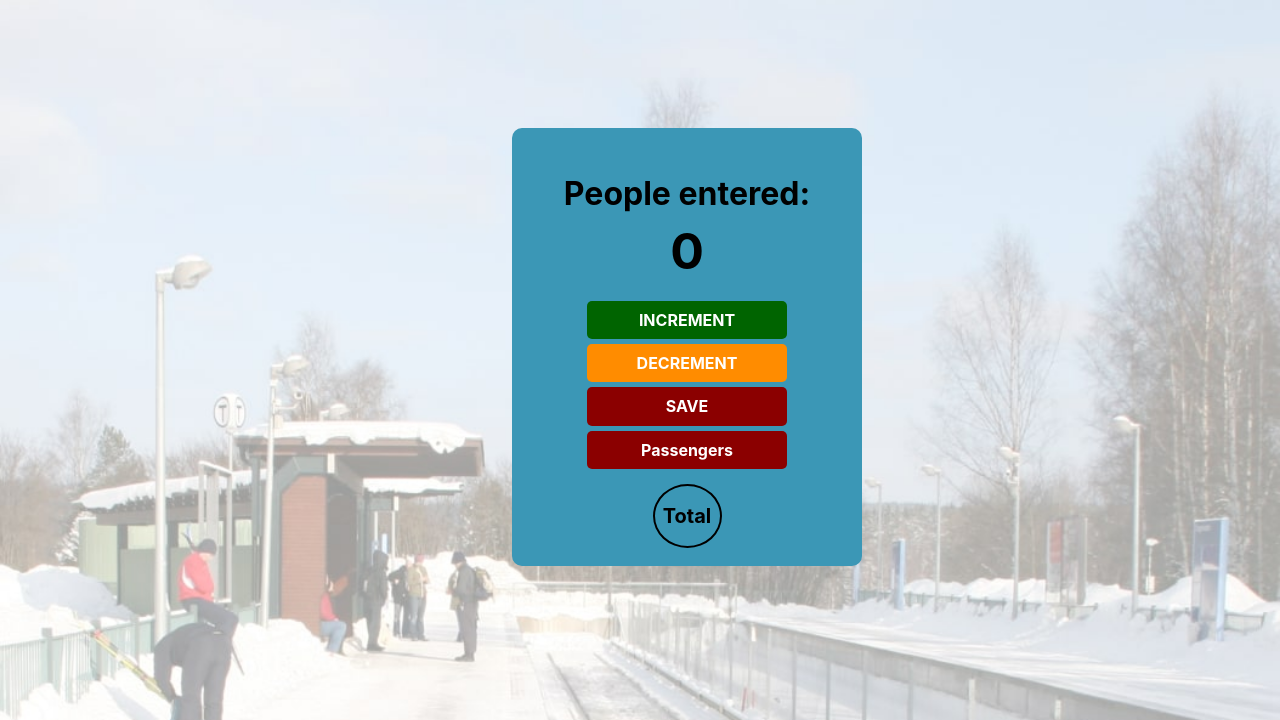
Repository: Siphamandla201/Javascript-Journey
Page: CounterApp/Counter.html
An editor plug-in stored every save of this project. The page is shown before and after a run of saves, followed by the edit.
The browser window is 1280 px wide. The pictures show the whole page.

Above is the page before, as saved 2023-07-28 09:46:46.

### CounterApp/Counter.html
<html>
    <head><link rel="stylesheet" href="https://cdnjs.cloudflare.com/ajax/libs/normalize/8.0.1/normalize.css">
        <link rel="stylesheet" href="Counter.css">
    </head>
    <body>
        <main>
            <h1>People entered:</h1>
            <h2 id="count-el">0</h2>
            <button id="increment-btn" onclick="increment()">INCREMENT</button>
            <button id="decrement" onclick="decrement()">DECREMENT</button>
            <button id="save-btn" onclick="save()">SAVE</button>
            <button id="save-btn" onclick="SeePassengers()">Passengers</button>
            <div id="passenger">
                <span id="save-el">Total</span>
            </div>
        </main>
        <script src="Counter.js"></script>
    </body>
</html>

### CounterApp/Counter.css
body {
    background-image: url("station.jpg");
    background-size: cover;
    font-family: -apple-system, BlinkMacSystemFont, 'Segoe UI', Roboto, Oxygen, Ubuntu, Cantarell, 'Open Sans', 'Helvetica Neue', sans-serif;
    font-weight: bold;
    text-align: center;
    margin-top: 10%;
}

main {
    background: rgb(59, 151, 182);
    width: 350px;
    height: 400px;
    margin-left: 40%;
    padding-top: 3%;
    border-radius: 10px;
    display: flex;
    align-items: center;
    flex-direction: column;
}

h1 {
    margin-top: 10px;
    margin-bottom: 10px;
}

h2 {
    font-size: 50px;
    margin-top: 0;
    margin-bottom: 20px;
}

button {
    border: none;
    padding-top: 10px;
    padding-bottom: 10px;
    color: white;
    font-weight: bold;
    width: 200px;
    margin-bottom: 5px;
    border-radius: 5px;
}

#increment-btn {
    background: darkgreen;
}

#decrement {
    background: darkorange;
}

#save-btn {
    background: darkred;
}

#passenger {
    margin-top: 10px;
    width: 65px;
    height: 60px;
    border-radius: 50%;
    border: 2px solid black;
    display: flex;
    align-items:center;
    justify-content: center;
}

#save-el {
    font-size: 20px;
}

### CounterApp/Counter.js
// Initialize the count variable to 0
let count = 0;
let people = [];

// Get the element with ID "save-el" and store it in the saveEl variable
let saveEl = document.getElementById("save-el");

// Get the element with ID "count-el" and store it in the countEl variable
let countEl = document.getElementById("count-el");

// Function to increment the count and update the countEl text content
function increment() {
    count += 1; // Increment the count by 1
    countEl.textContent = count; // Update the text content of countEl to the new count value
}

// Function to increment the count and update the countEl text content
function decrement() {
    count -= 1; // Increment the count by 1
    countEl.textContent = count; // Update the text content of countEl to the new count value
}


// Function to save the current count and reset it to 0
function save() {
    let countStr = count; // Create a string containing the current count followed by a hyphen and space

    people.push(countStr);

    totalPeople = 0;
    for(let i = 0; i < people.length; i++) {
        totalPeople += parseInt(people[i]);
    }

    // lastPerson =


    saveEl.textContent = totalPeople ; // Append the countStr to the existing content of saveEl
    countEl.textContent = 0; // Reset the text content of countEl to 0
    count = 0; // Reset the count variable to 0

    console.log(`Total : ${people}`);
    console.log(`Total : ${totalPeople}`);
}

After the next 6 saves:
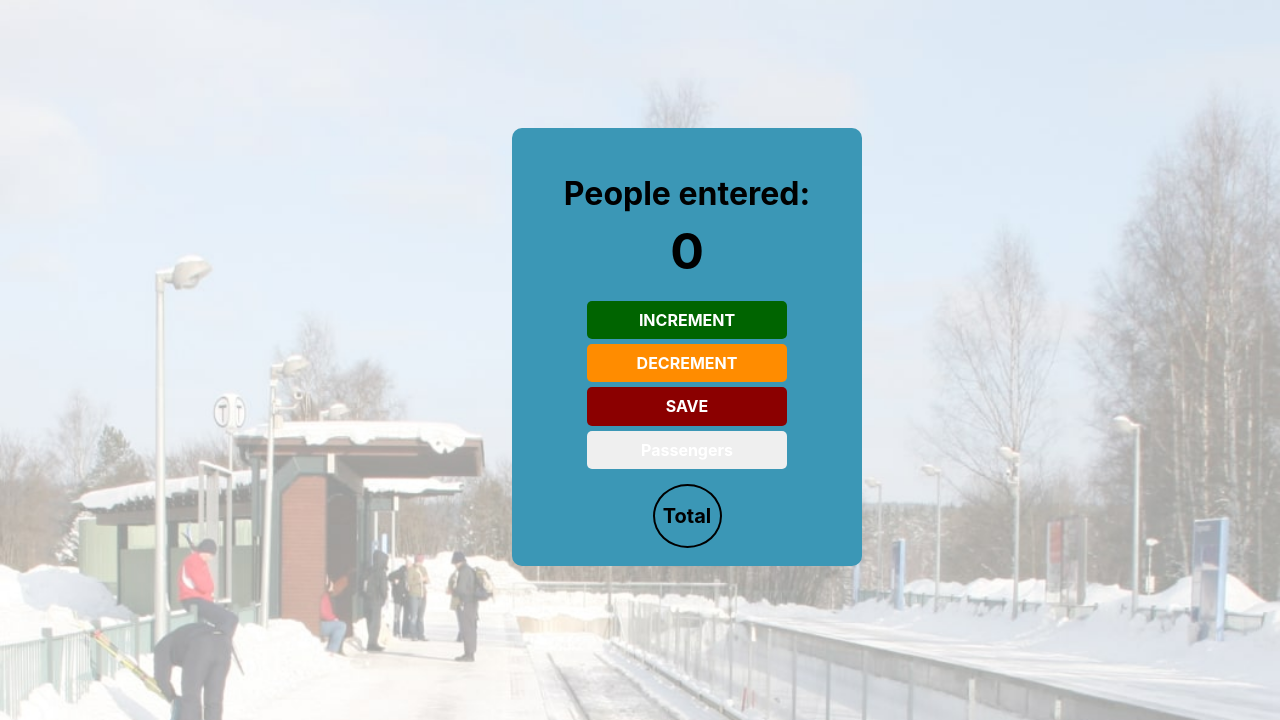
The 6 saves are shown as one change because they came seconds apart.
The last was saved 17 s later.
--- a/CounterApp/Counter.html
+++ b/CounterApp/Counter.html
@@ -9,7 +9,7 @@
             <button id="increment-btn" onclick="increment()">INCREMENT</button>
             <button id="decrement" onclick="decrement()">DECREMENT</button>
             <button id="save-btn" onclick="save()">SAVE</button>
-            <button id="save-btn" onclick="SeePassengers()">Passengers</button>
+            <button id="passenger-btn" onclick="SeePassengers()">Passengers</button>
             <div id="passenger">
                 <span id="save-el">Total</span>
             </div>
